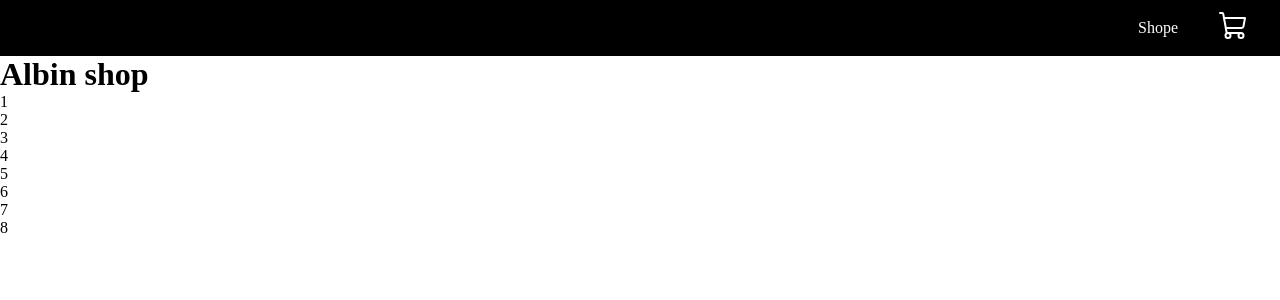
Repository: albinsabu2023/e-commerce-frontend
Page: /
These files come from the project's save history. The page is drawn as it stood at one moment and after the next save; the edit follows.
The browser window is 1280 px wide. The pictures show the whole page.
The project was rebuilt for these pictures with package versions that can differ from the ones it lists, and the page was loaded fresh each time. Also part of the build but not shown: src/components/pages/Cart/Cart.jsx.

Above is the page before, as saved 2024-02-10 19:27:56.

After the next save:
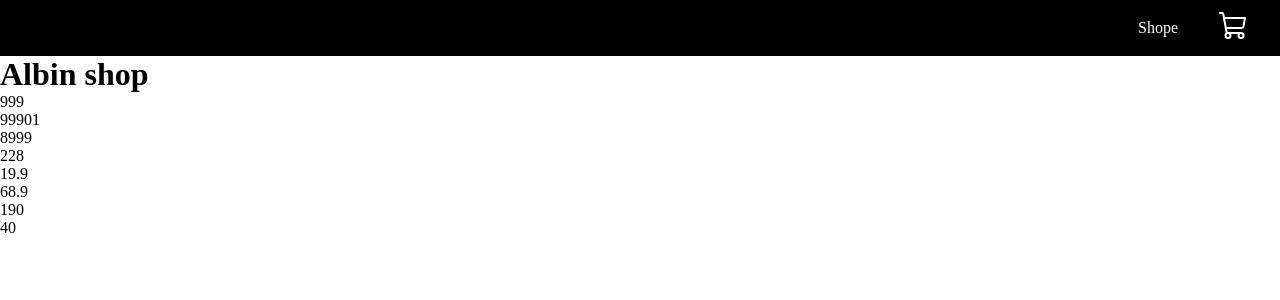
Saved 15 s later.
--- a/src/components/Product.jsx
+++ b/src/components/Product.jsx
@@ -2,7 +2,7 @@
 
 function Product(props) {
   const { id, productName, price, productImage } = props.data;
-  return <div>{id}</div>;
+  return <div>{(id, productName, productImage, price)}</div>;
 }
 
 export default Product;
